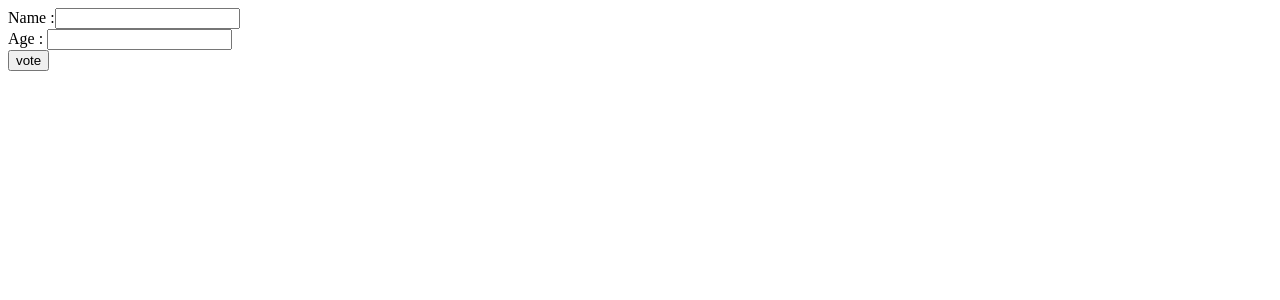
Repository: Sunnyguptha/SERVLET-ADV-JAVA
Page: VotServer/src/main/webapp/form.html
The author's editor kept a copy of each file at every save. The page is drawn from the files as they stood at one save, then again after the next save.
The browser window is 1280 px wide. The pictures show the whole page.

Above is the page before, as saved 2025-04-27 11:30:53.

After the next save:
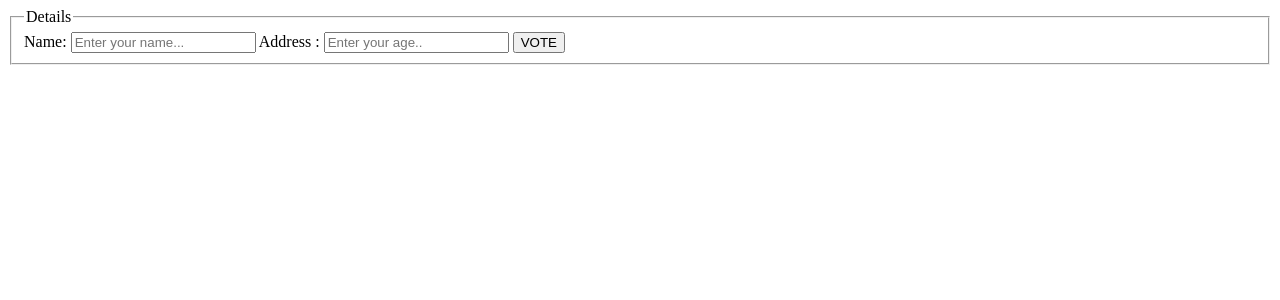
Saved 3 min 33 s later.
--- a/VotServer/src/main/webapp/form.html
+++ b/VotServer/src/main/webapp/form.html
@@ -1,5 +1,33 @@
-<form action="test" method="GET">
-	Name :<input type="text" name="t1"/> <br>
-	Age : <input type="text" name="t2"/> <br>
-	<input type="submit" value="vote"/>
-</form>
+
+
+<body>
+
+	<form>
+		<fieldset>
+			<legend>Details</legend>
+
+			<tr>
+
+				<td><label>Name:</label></td>
+
+				<td><input type="text" name="t1"
+					placeholder="Enter your name..." /></td>
+			</tr>
+
+			<tr>
+				<td><label>Address :</label></td>
+
+				<td><input type="number" name="t2"
+					placeholder="Enter your age.." /></td>
+
+			</tr>
+
+			<tr>
+
+				<td><input type="submit" value="VOTE" /></td>
+
+			</tr>
+		</fieldset>
+	</form>
+</body>
+</html>
